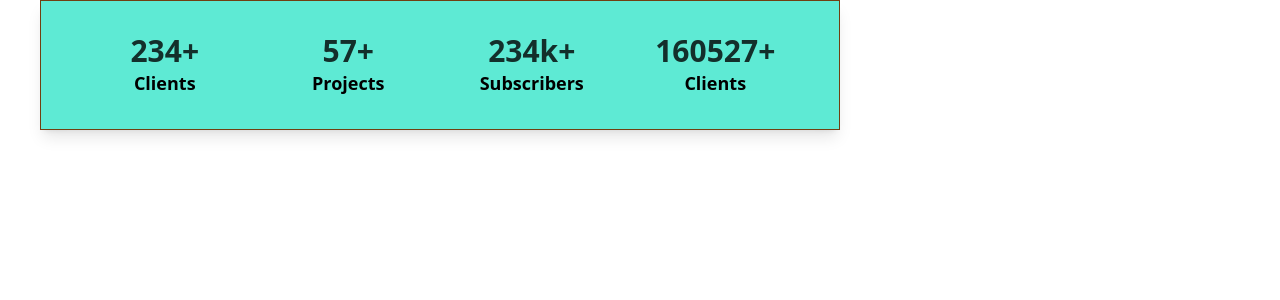
Repository: Kish202/Coz-Marketing-Site
Page: / (app in frontend/)
The author's editor kept a copy of each file at every save. The page is drawn from the files as they stood at one save, then again after the next save.
The browser window is 1280 px wide. The pictures show the whole page.
The project was rebuilt for these pictures with package versions that can differ from the ones it lists, and the page was loaded fresh each time. Also part of the build but not shown: frontend/vite.config.js.

Above is the page before, as saved 2025-03-09 12:21:57.

After the next save:
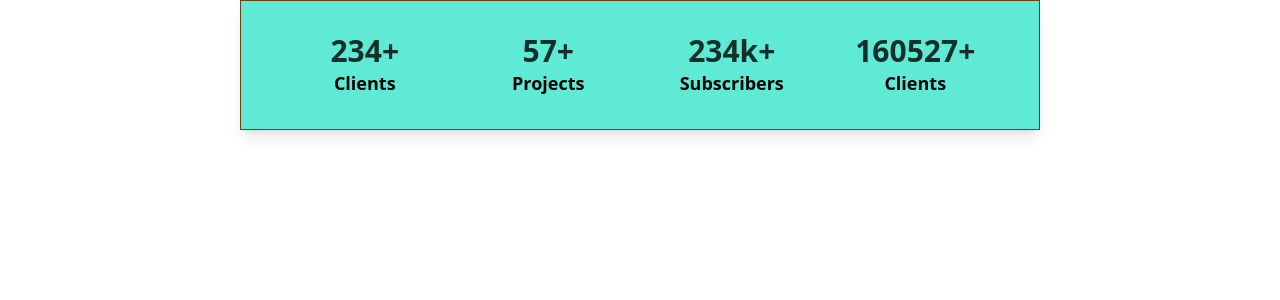
Saved 12 s later.
--- a/frontend/src/components/Service/Service.jsx
+++ b/frontend/src/components/Service/Service.jsx
@@ -3,7 +3,7 @@
 
 const Service =() =>{
   return (
-    <section className="container h-12 md:h-32 ">
+    <section className="container h-12 md:h-32 place-items-center">
      <div className="grid grid-cols-4 w-full place-items-center  border border-yellow-900 bg-teal-300 p-2 shadow-lg dark:bg-violet-800 dark:text-white/70 md:max-w-[800px]  md:p-8">
     <div className="flex flex-col items-center justify-center " >
 

After the save that followed:
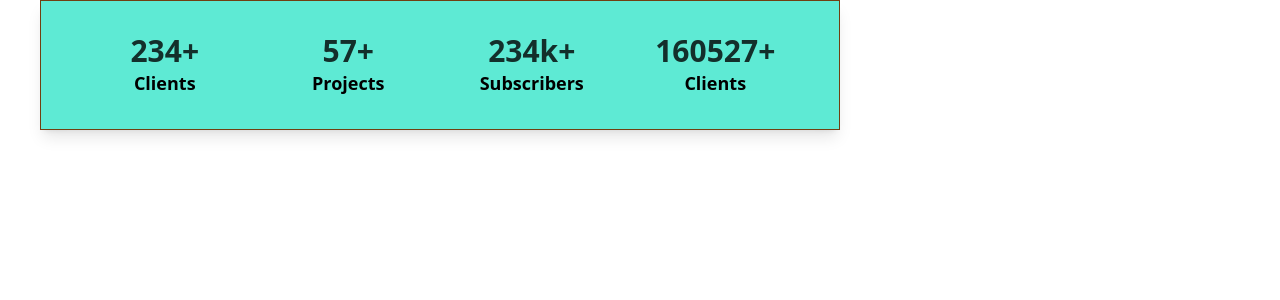
Saved 13 s later.
--- a/frontend/src/components/Service/Service.jsx
+++ b/frontend/src/components/Service/Service.jsx
@@ -3,7 +3,7 @@
 
 const Service =() =>{
   return (
-    <section className="container h-12 md:h-32 place-items-center">
+    <section className="container h-12 md:h-32">
      <div className="grid grid-cols-4 w-full place-items-center  border border-yellow-900 bg-teal-300 p-2 shadow-lg dark:bg-violet-800 dark:text-white/70 md:max-w-[800px]  md:p-8">
     <div className="flex flex-col items-center justify-center " >
 
